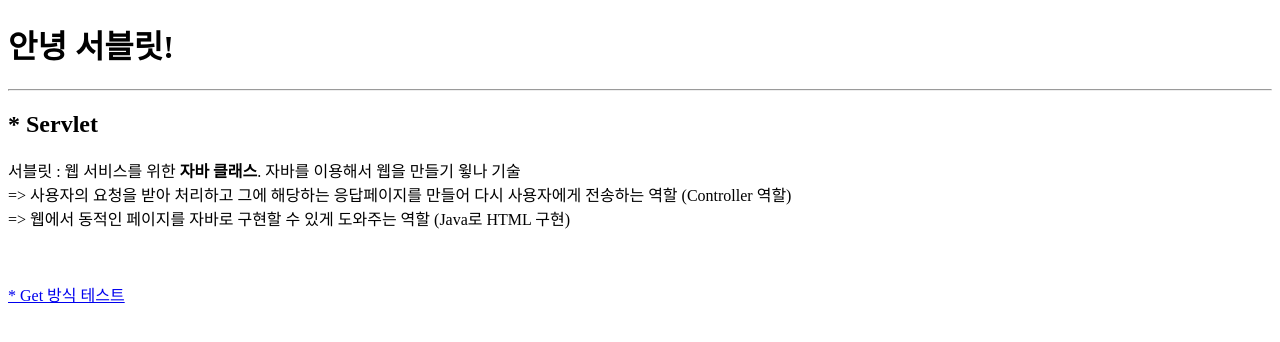
Repository: kkh1396/kh_front
Page: 05_server/1.servlet/src/main/webapp/index.html
The author's editor kept a copy of each file at every save. The page is drawn from the files as they stood at one save, then again after the next save.
The browser window is 1280 px wide. The pictures show the whole page.

Above is the page before, as saved 2025-03-19 03:41:14.

### 05_server/1.servlet/src/main/webapp/index.html
<!DOCTYPE html>
<html>
<head>
<meta charset="UTF-8">
<title>서블릿 시작!</title>
</head>
<body>

   <h1>안녕 서블릿!</h1>


   <hr>


   <h2> * Servlet </h2>
   <p>
   		 서블릿 : 웹 서비스를 위한 <b> 자바 클래스</b>. 자바를 이용해서 웹을 만들기 윟나 기술<br>
   		  => 사용자의 요청을 받아 처리하고 그에 해당하는 응답페이지를 만들어 다시 사용자에게 전송하는 역할
   		  (Controller 역할)<br>
   		  => 웹에서 동적인 페이지를 자바로 구현할 수 있게 도와주는 역할 (Java로 HTML 구현)

   </p>

   <br><br>

   <!--
          * 상대 경로 : 현재 페이지의 url주소에서 마지막 / 뒤에 요청한 url주소를 덧붙여서 요청(찾게됨)
               => localhost:8888/1_servlet/요청한url주소

          * 절대 경로 : 요청 주소를 / 부터 작성(/ : 루트 경로)
             => 톰캣서버IP주소:포트번호 뒤에 요청주소를 덧붙여서 요청(찾게됨)
              ex) /views/requestTest_GET.html 로 요청시
                    localhost:8888/views/requestTest_GET.html 로 요청하게 됨!

                 /1_servlet/views/... 요청해야 현재 웹앱에 있는 해당 파일을 찾을 수 있을 것임!
    -->
   <a href="views/requestTest_GET.html"> * Get 방식 테스트</a>

</body>
</html>

After the next save:
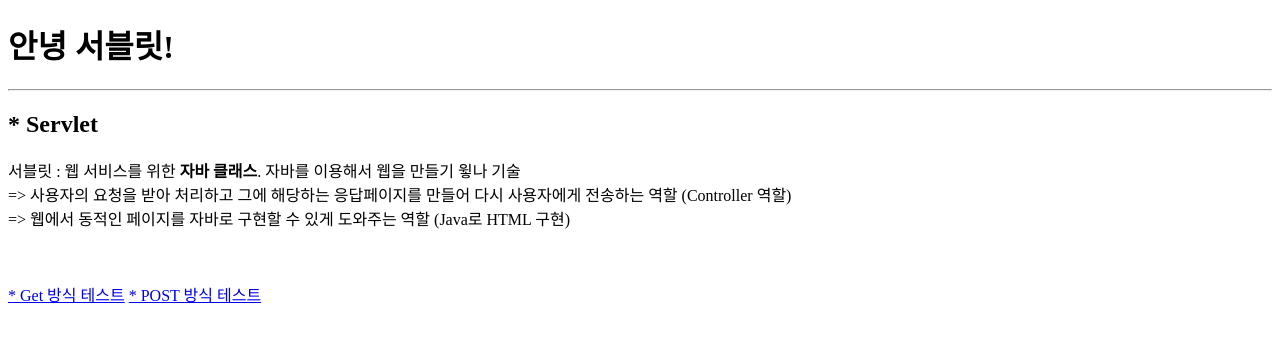
Saved 3 min 47 s later.
--- a/05_server/1.servlet/src/main/webapp/index.html
+++ b/05_server/1.servlet/src/main/webapp/index.html
@@ -36,5 +36,7 @@
     -->
    <a href="views/requestTest_GET.html"> * Get 방식 테스트</a>
 
+
+	<a href="views/requestTest_POST.html"> * POST 방식 테스트</a>
 </body>
 </html>
